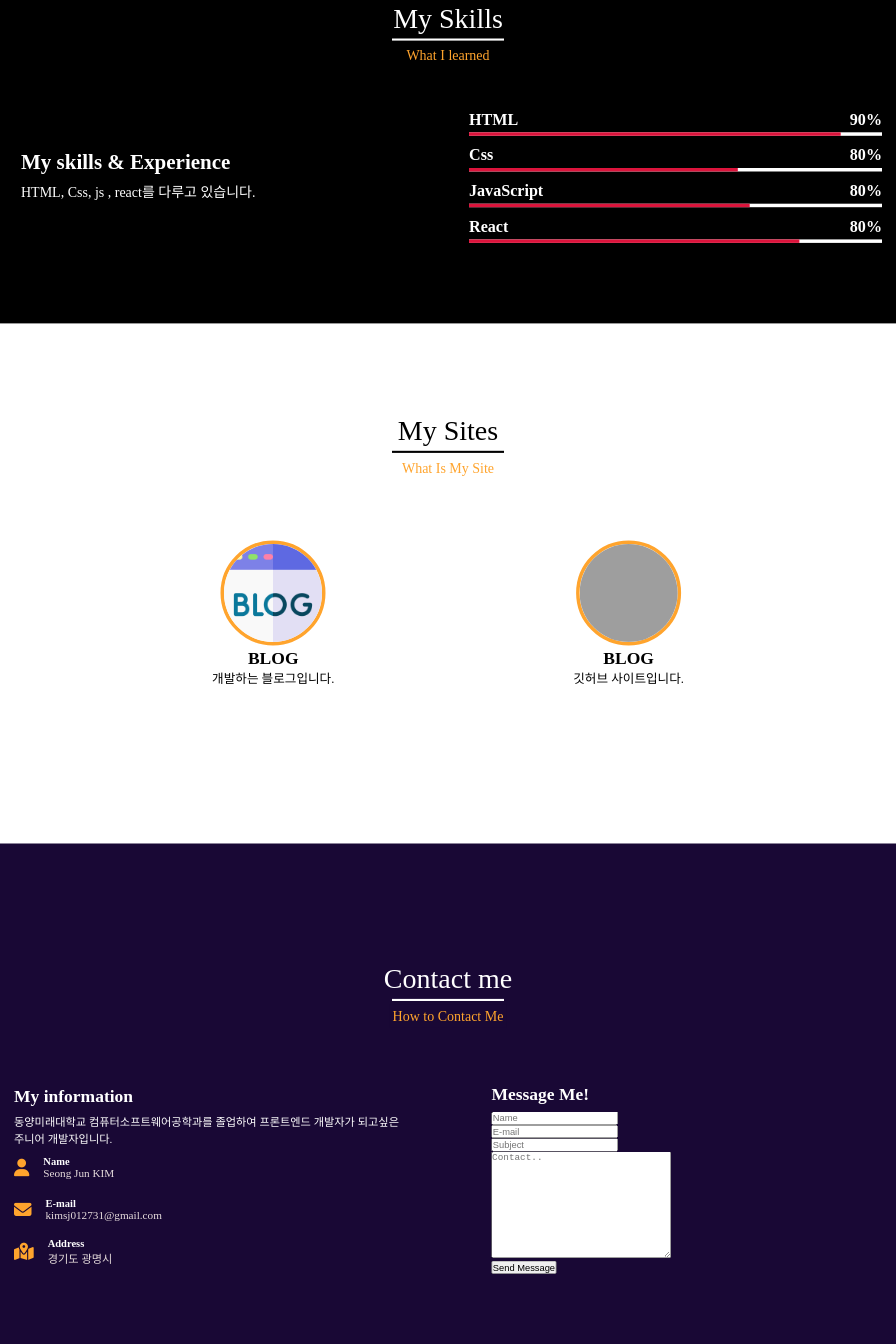
Repository: jun01270/jun
Page: index.html
These files come from the project's save history. The page is drawn as it stood at one moment and after the next save; the edit follows.
The browser window is 1280 px wide. The pictures show the part of the page from y = 1840 to 3760 px (the page is 3760 px tall before and 3756 px after), at 70% of full size.
Pictures or frames that could not be fetched are drawn as grey boxes. Some web libraries are served in a nearby version.

Above is the page before, as saved 2023-05-11 16:26:03.

After the next save:
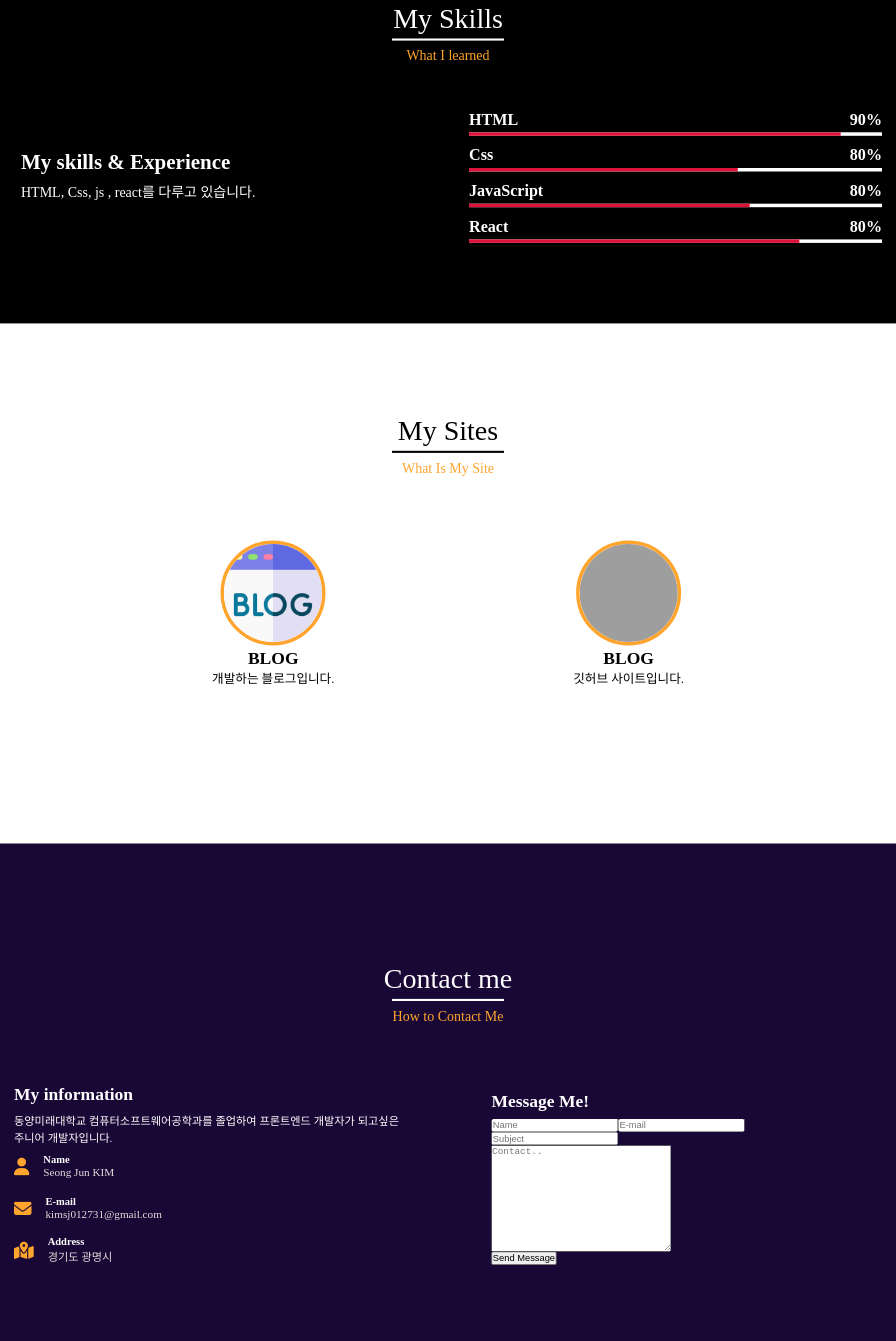
Saved 77 s later.
--- a/css/contact.css
+++ b/css/contact.css
@@ -61,6 +61,6 @@
   color: rgb(230, 220, 220);
 }
 
-..conatct .contact-content .fields {
+.contact .contact-content .fields {
   display: flex;
 }
